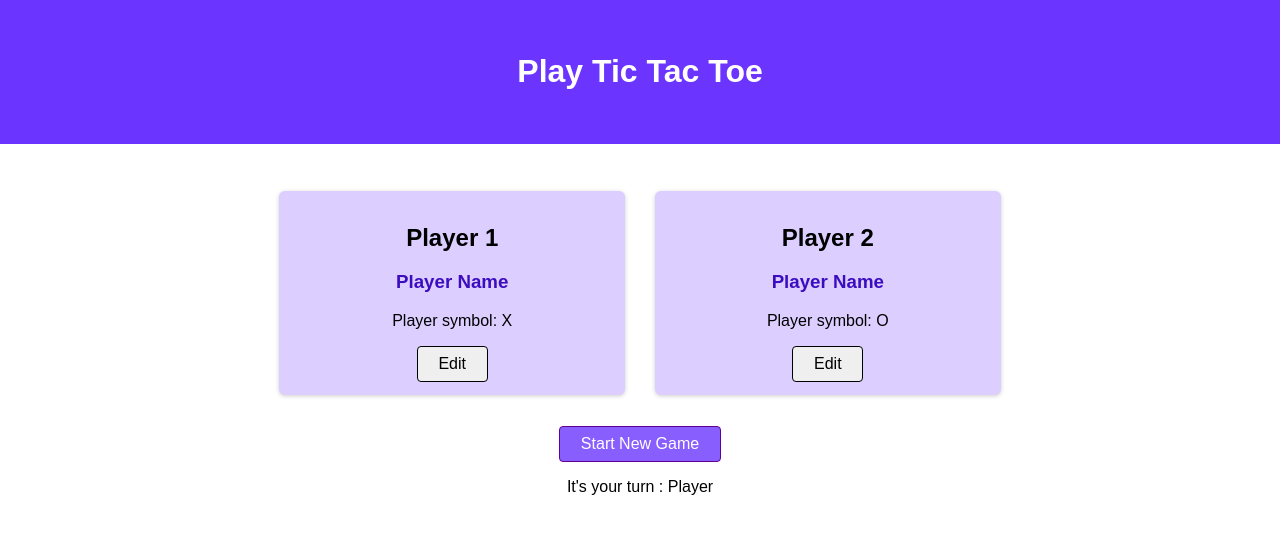
Repository: Harjot00/Wevdev
Page: Tic tac toe/index.html
An editor plug-in stored every save of this project. The page is shown before and after the next save, followed by the edit.
The browser window is 1280 px wide. The pictures show the whole page.
The pointer rests on the first visible `#player2editbtn`.
Some web fonts or font styles are not loaded; a fallback is used.

Above is the page before, as saved 2022-05-22 01:27:25.

After the next save:
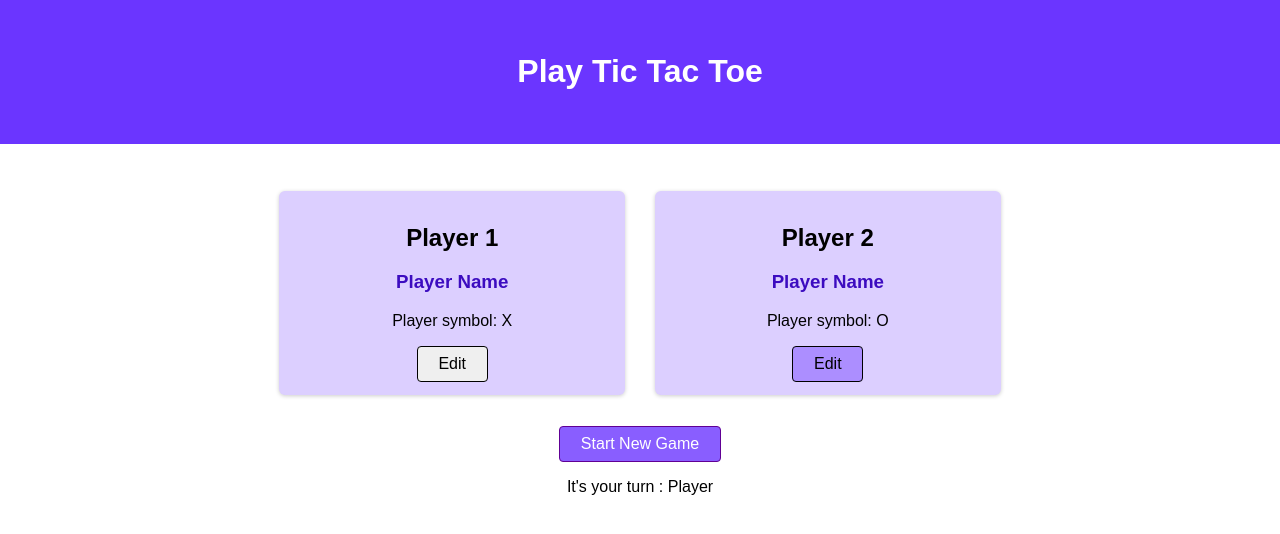
Saved 46 s later.
--- a/Tic tac toe/styles.css
+++ b/Tic tac toe/styles.css
@@ -55,6 +55,12 @@ aside div input {
     background-color:#ac8eff;
 
 }
+#player2editbtn:hover{
+    cursor:pointer;
+    background-color:#ac8eff;
+
+}
+
 
 #btn-div button:hover{
     background-color: #895eff;
